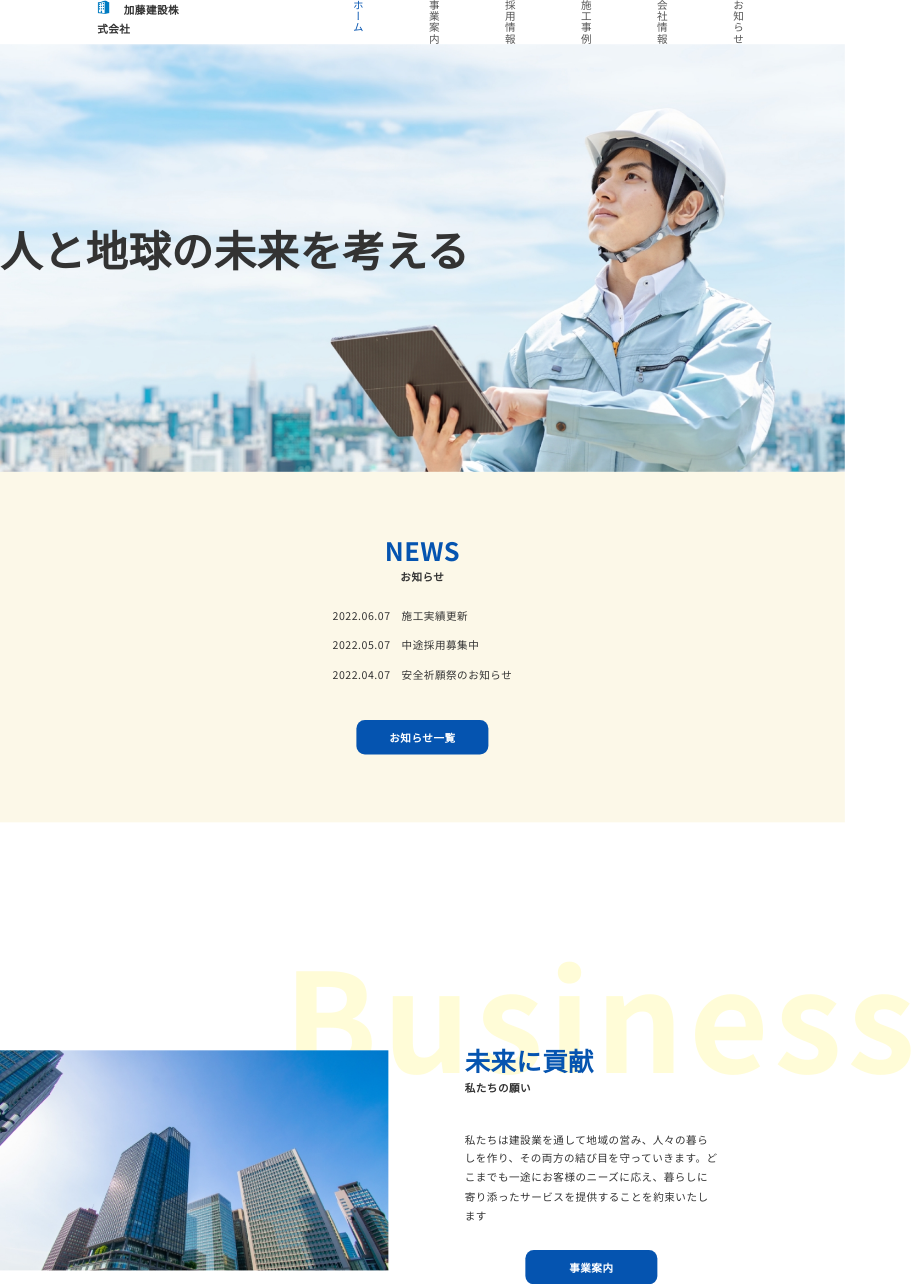
Repository: nozomi-23/hp1_test
Page: index.html
An editor plug-in stored every save of this project. The page is shown before and after a run of saves, followed by the edit.
The browser window is 1280 px wide. The page is 1395 px wide, so the pictures cover 1395 px, including what lies to the right of the window. The pictures show the whole page, at 66% of full size.

Above is the page before, as saved 2022-06-12 15:05:54.

### index.html
<!DOCTYPE html>
<html lang="ja">
<head>
<meta charset="UTF-8">
<title>加藤建設 株式会社</title>
<meta name="description" content="人と地球の未来を考える 加藤建設 株式会社">
<meta name="keywords" content="建築,土木,インフラ">
<meta name="viewport" content="width=device-width, initial-scale=1.0">
<meta property="og:title" content="建築依頼なら「加藤建設 株式会社」">
<meta property="og:type" content="article">
<meta property="og:url" content="https://withcode-plus.tech">
<meta property="og:image" content="img/logo.png">
<meta property="og:description" content="確かな技術力が自慢、インフラから地域貢献まで加藤建設にお任せ下さい">
<meta property="og:site_name" content="加藤建設 株式会社">
<link rel="icon" href="img/favicon.ico">
<link rel="apple-touch-icon" sizes="180x180" href="img/logo.png">
<link rel="preconnect" href="https://fonts.googleapis.com">
<link rel="preconnect" href="https://fonts.gstatic.com" crossorigin>
<link href="https://fonts.googleapis.com/css2?family=Noto+Sans+JP:wght@400;500;700&family=Noto+Serif+JP&display=swap"
  rel="stylesheet">
<link rel="stylesheet" type="text/css" href="css/reset.css">
<link rel="stylesheet" type="text/css" href="css/common1.css">
<link rel="stylesheet" type="text/css" href="css/index.css">
</head>
<body>
  <!-- =========header -->
  <header>
    <div class="header_wrapper">
      <div class="header_inner">
        <h1 class="header_left">加藤建設株式会社</h1>
        <nav class="header_right" >
          <ul class="header_list">
            <li><a href="#" class="color">ホーム</a></li>
            <li><a href="html/business.html">事業案内</a></li>
            <li><a href="html/recruit.html">採用情報</a></li>
            <li><a href="html/work.html">施工事例</a></li>
            <li><a href="html/company.html">会社情報</a></li>
            <li><a href="html/news.html">お知らせ</a></li>
          </ul>
        </nav>
      </div>
    </div>
  </header>
  <!-- =========main_view -->
  <main>
    <section class="main_wrapper">
      <div class="main_txt">
        <h3>人と地球の未来を考える</h3>
      </div>
    </section>
    <!-- =========news -->
    <section class="news section section_color">
      <div class="news_wrapper">
        <h2 class="title">NEWS<br>
          <small>お知らせ</small></h2>
        <ul class="news_list">
          <li>2022.06.07&emsp;施工実績更新</li>
          <li>2022.05.07&emsp;中途採用募集中</li>
          <li>2022.04.07&emsp;安全祈願祭のお知らせ</li>
        </ul>
        <div class="btn">
          <a href="html/news.html">お知らせ一覧</a>
        </div>
      </div>
    </section>
    <!-- =========business -->
    <section class="business section">
      <div class="business_wrapper">
        <div class="business_all">
          <div class="business_bg_wrapper">
            <div class="business_bg">
              <div class="business_bg_item">
                <p>Business</p>
              </div>
            </div>
          </div>
          <div class="business_block_wrapper">
            <div class="business_block_1">
              <img src="img/bussines_top.png" alt="事業案内画像">
            </div>
            <div class="business_block_2">
              <h2 class="title">未来に貢献<br>
                <small>私たちの願い</small>
              </h2>
              <p>私たちは建設業を通して地域の営み、人々の暮らしを作り、その両方の結び目を守っていきます。どこまでも一途にお客様のニーズに応え、暮らしに寄り添ったサービスを提供することを約束いたします</p>
              <div class="btn">
                <a href="html/business.html">事業案内</a>
              </div>
            </div>
          </div>
        </div>

      </div>
    </section>
  </main>
</body>
</html>

### css/reset.css
@charset "UTF-8";

html,
body,
div,
span,
object,
iframe,
h1,
h2,
h3,
h4,
h5,
h6,
p,
blockquote,
pre,
abbr,
address,
cite,
code,
del,
dfn,
em,
img,
ins,
kbd,
q,
samp,
small,
strong,
sub,
sup,
var,
b,
i,
dl,
dt,
dd,
ol,
ul,
li,
fieldset,
form,
label,
legend,
table,
caption,
tbody,
tfoot,
thead,
tr,
th,
td,
article,
aside,
canvas,
details,
figcaption,
figure,
footer,
header,
hgroup,
menu,
nav,
section,
summary,
time,
mark,
audio,
video {
  margin: 0;
  padding: 0;
  border: 0;
  outline: 0;
  font-size: 100%;
  vertical-align: baseline;
  background: transparent;
}

body {
  line-height: 1;
}

article,
aside,
details,
figcaption,
figure,
footer,
header,
hgroup,
menu,
nav,
section {
  display: block;
}

nav ul {
  list-style: none;
}

blockquote,
q {
  quotes: none;
}

blockquote:before,
blockquote:after,
q:before,
q:after {
  content: '';
  content: none;
}

a {
  margin: 0;
  padding: 0;
  font-size: 100%;
  vertical-align: baseline;
  background: transparent;
}

/* change colours to suit your needs */
ins {
  background-color: #ff9;
  color: #000;
  text-decoration: none;
}

/* change colours to suit your needs */
mark {
  background-color: #ff9;
  color: #000;
  font-style: italic;
  font-weight: bold;
}

del {
  text-decoration: line-through;
}

abbr[title],
dfn[title] {
  border-bottom: 1px dotted;
  cursor: help;
}

table {
  border-collapse: collapse;
  border-spacing: 0;
}

/* change border colour to suit your needs */
hr {
  display: block;
  height: 1px;
  border: 0;
  border-top: 1px solid #cccccc;
  margin: 1em 0;
  padding: 0;
}

input,
select {
  vertical-align: middle;
}

### css/common1.css
@charset "UTF-8";

body {
  color: #333;
  letter-spacing: 0.05em;
  line-height: 1.8;
  font-family: 'Noto Sans JP', sans-serif ,'Noto Serif JP', serif;
  word-break: break-all;
}
li {
  list-style: none;
}

a {
  text-decoration: none;
}
.section {
  padding: 8% 0;
  position: relative;
}


/* タイトル */
.title {
  color: #0554B0;
  font-weight: bold;
  font-size: 2.4rem;
  line-height: 0.8;
}
.title small {
  font-size: 1rem;
  color: #333;
}
/* ボタン */
.btn {
  background-color: #0554B0;
  width: 200px;
  margin: 0 auto;
  line-height: 2;
  border-radius: 0.8rem;
}
.btn a {
  display: block;
  color: #fff;
  font-weight: bold;
  padding: 5%;
  text-align: center;
}
.btn:hover {
  opacity: 0.5;
}

### css/index.css
@charset "UTF-8";

/* =================
header
===================*/
.header_wrapper {
  display: flex;
  justify-content: center;
}
.header_inner {
  width: 77%;
  display: flex;
  justify-content: space-between;

}
.header_list {
  display: table;
}
.header_list li {
  display: table-cell;
  writing-mode: vertical-rl;
}
.header_list li a {
  color: #555;
}
.header_list li a:hover {
  opacity: 0.5;
}
.header_list li a.color {
  color: #0554B0;
}

.header_left::before {
  content: "";
  background: url(../img/name_icon.png) no-repeat ;
  background-size: contain;
  width: 30%;
  height: 30%;
  z-index: 1;
  display: inline-block;
}

/* =================
main_view
===================*/
.main_wrapper {
  background: url(../img/top_img.png)no-repeat center;
  background-size: cover;
  width: 100%;
  height: 90vh;
}
.main_txt {
  font-size: 4rem;
  font-weight: normal;
  font-family: 'Noto Serif JP';
  position: relative;
  top: 40%;
}
/* =================
news
===================*/
.section_color {
  background-color: #FCF8E8;
}
.news {
  text-align: center;
  display: block;
}

.news_list {
  padding: 3%;
  text-align: left;
  display: inline-block;

}
.news_list li {
  margin-bottom: 1rem;
}
/* =================
business
===================*/
.business_all {
  position: relative;
}
.business_block_wrapper {
  width: 100%;
  height: auto;
  display: flex;
  justify-content: space-between;
  position: absolute;
  top: 65%;
}


.business_block_1 {
  width: 46%;
}
.business_block_1 img{
  width: 100%;
  height: auto;
}
.business_block_2 {
  width: 30%;
  margin-right: 15%;;
}

.business_block_2 p {
  padding: 15% 0 10% 0;
}
.business_bg {
  width: 80%;
}
.business_bg_wrapper {
  width: 83%;
  margin-left: auto;
}
.business_bg_item {
  width: 100%;
  /* background-color: aqua; */
}
.business_bg {
  margin-left: auto;
}
.business_bg_item p {
  color: rgba(255, 245, 109, 0.27);
  font-size: 13rem;
  font-weight: 700;
  white-space: nowrap;
  letter-spacing: 0.5rem;
  }

After the next 8 saves:
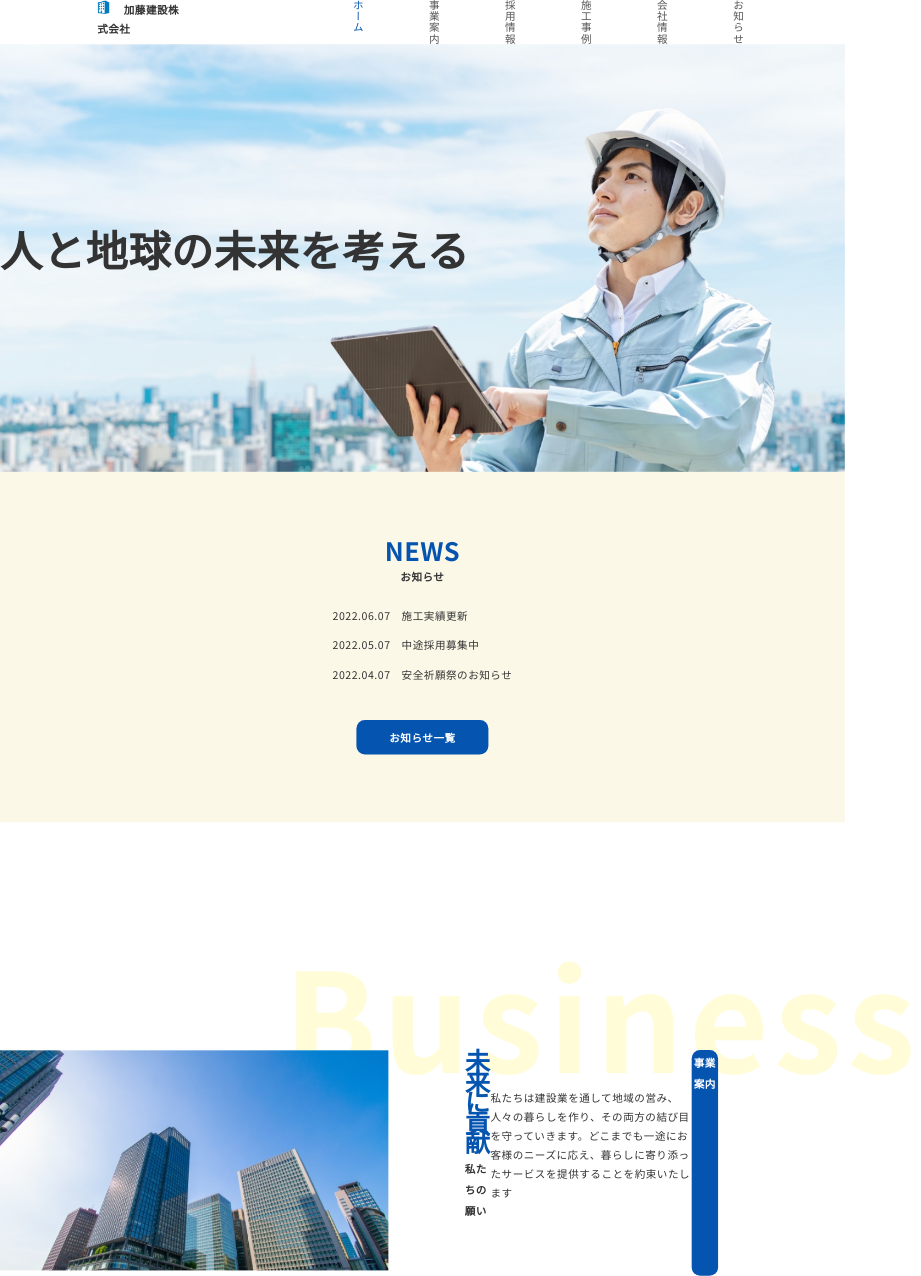
The 8 saves are shown as one change because they came seconds apart.
The last was saved 50 s later.
--- a/css/index.css
+++ b/css/index.css
@@ -101,7 +101,9 @@ business
 }
 .business_block_2 {
   width: 30%;
-  margin-right: 15%;;
+  margin-right: 15%;
+  display: flex;
+  justify-content: ;
 }
 
 .business_block_2 p {

After the 3 saves that followed:
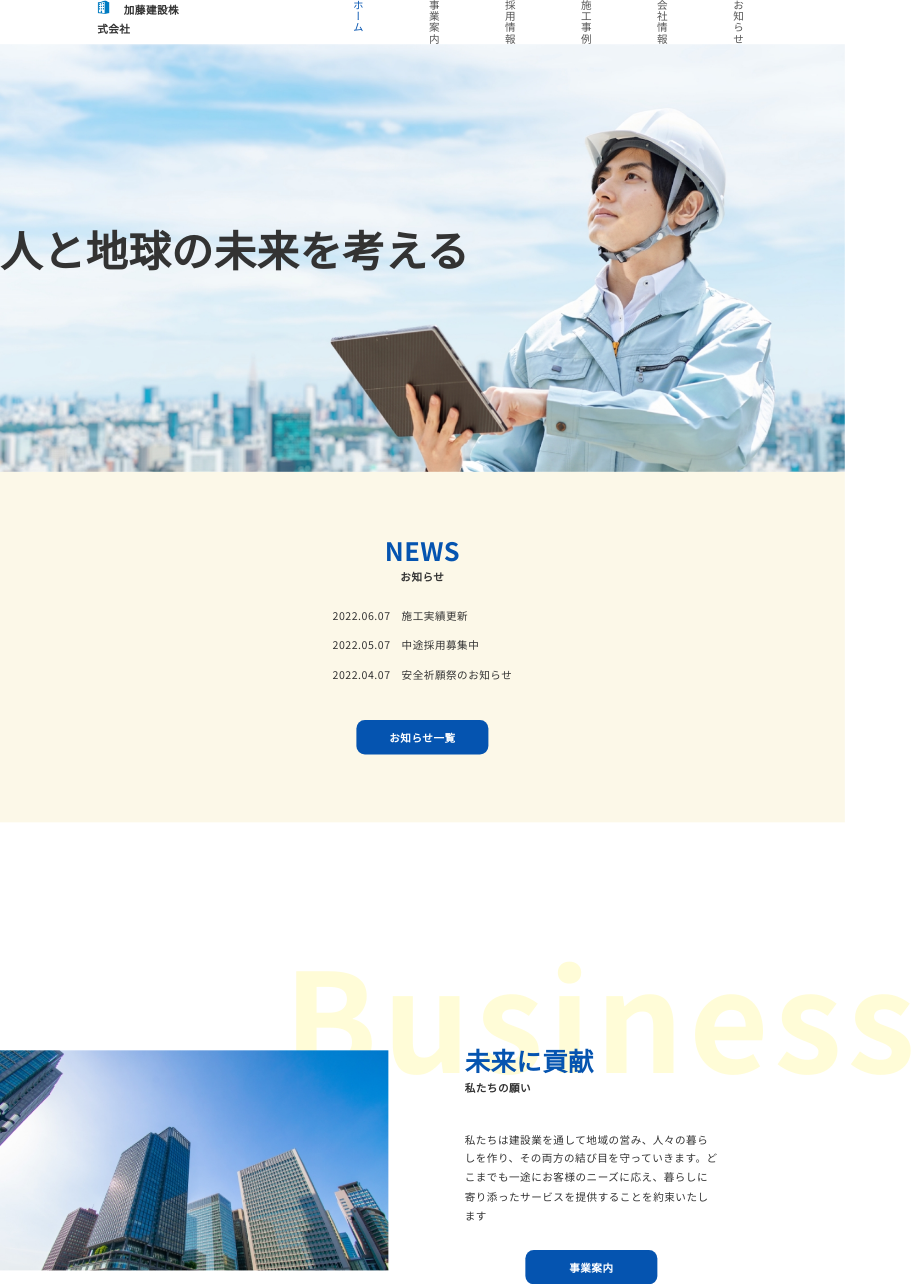
The 3 saves are shown as one change because 1 left the picture as it was and some came seconds apart.
The last was saved 79 s later.
--- a/css/index.css
+++ b/css/index.css
@@ -103,7 +103,8 @@ business
   width: 30%;
   margin-right: 15%;
   display: flex;
-  justify-content: ;
+  flex-direction: column;
+  justify-content: flex-end;
 }
 
 .business_block_2 p {
